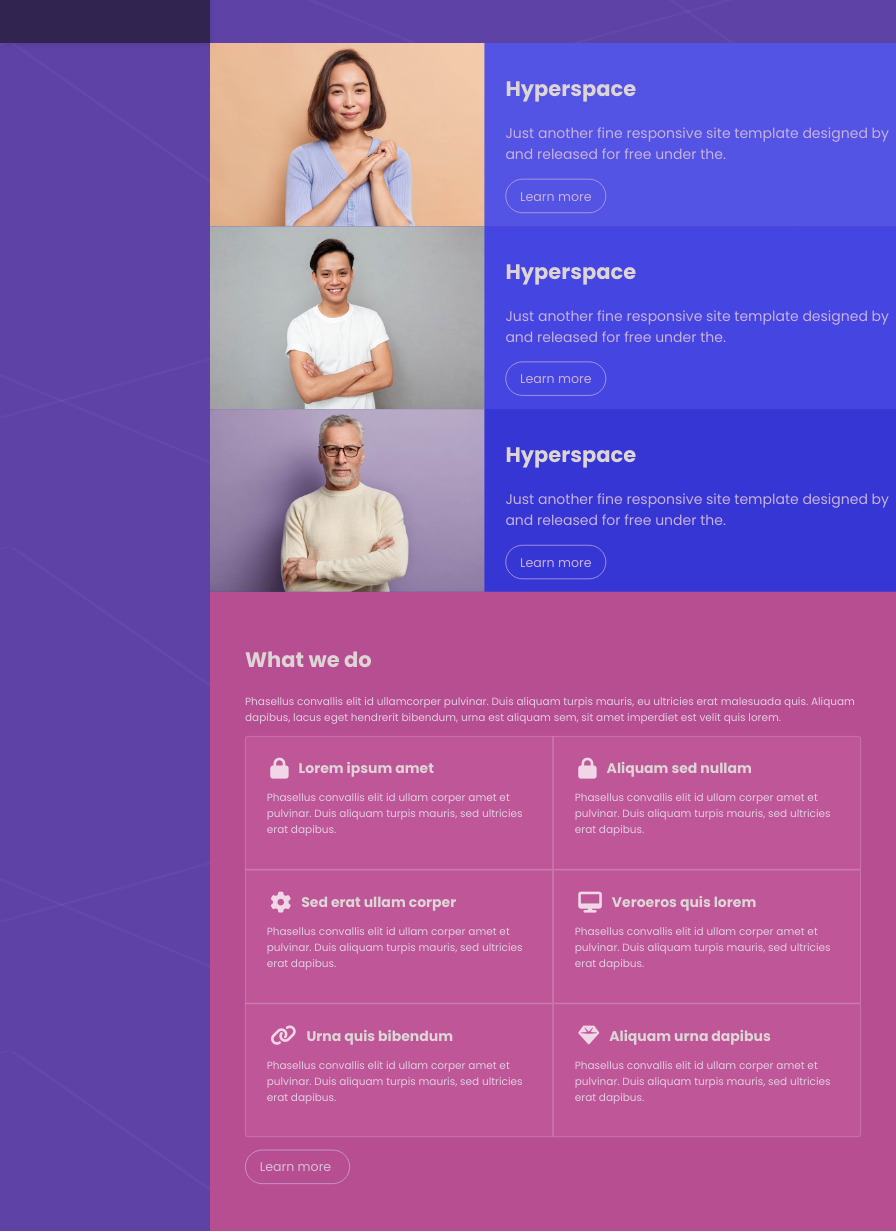
Repository: zai31/KIMIT_Tasks
Page: JsSession8/index.html
These files come from the project's save history. The page is drawn as it stood at one moment and after the next save; the edit follows.
The browser window is 1280 px wide. The pictures show the part of the page from y = 659 to 2579 px (the page is 2418 px tall before and 2579 px after), at 70% of full size.
Backgrounds fixed to the window are drawn as part of the page.

Above is the page before, as saved 2025-09-15 21:32:29.

After the next save:
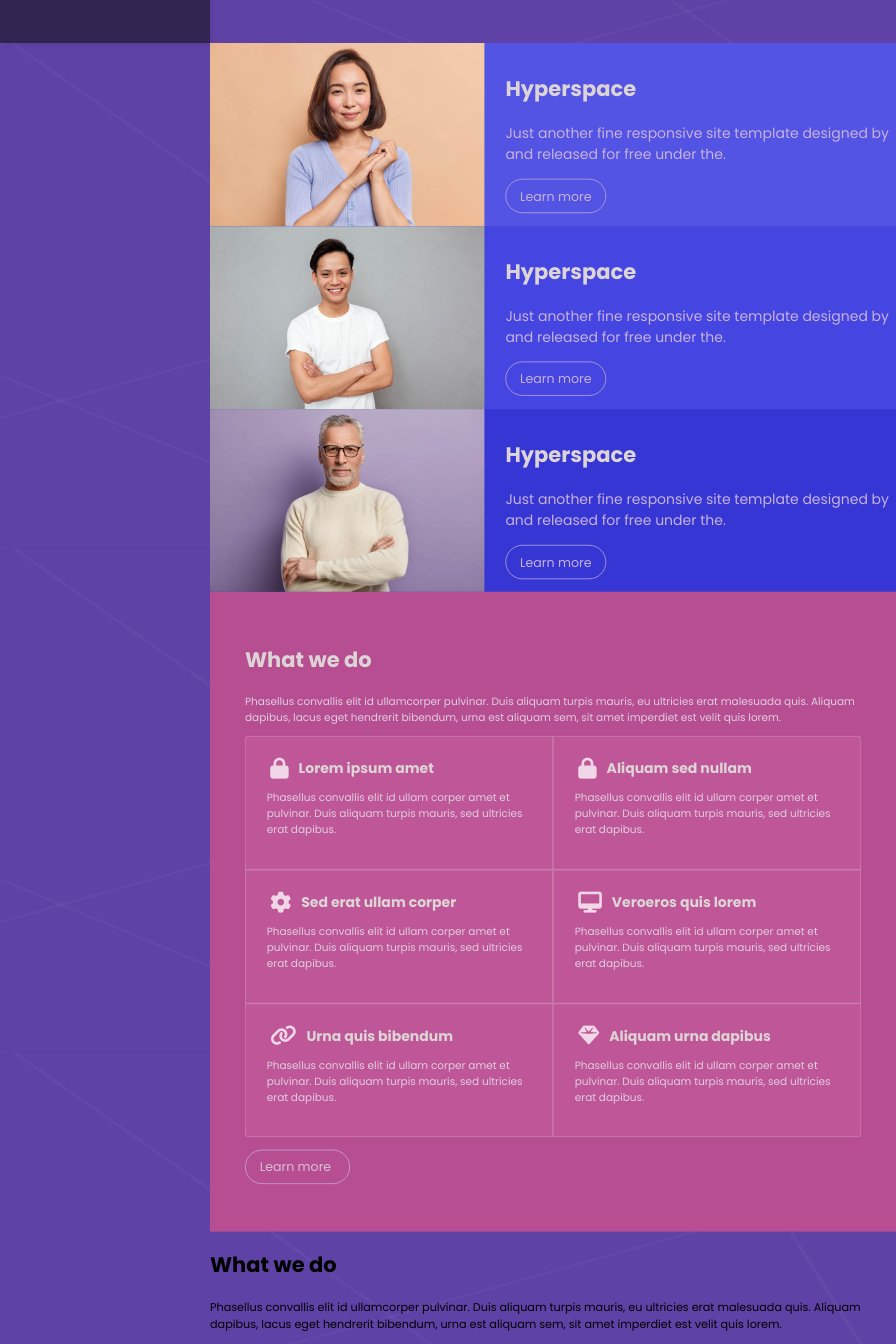
Saved 19 s later.
--- a/JsSession8/index.html
+++ b/JsSession8/index.html
@@ -95,6 +95,8 @@
     </div>
                         </div>
 	<div>
+		<h2 style="font-size: 30px;">What we do</h2>
+							<p>Phasellus convallis elit id ullamcorper pulvinar. Duis aliquam turpis mauris, eu ultricies erat malesuada quis. Aliquam dapibus, lacus eget hendrerit bibendum, urna est aliquam sem, sit amet imperdiet est velit quis lorem.</p>
 
 	</div>
                         </div>
